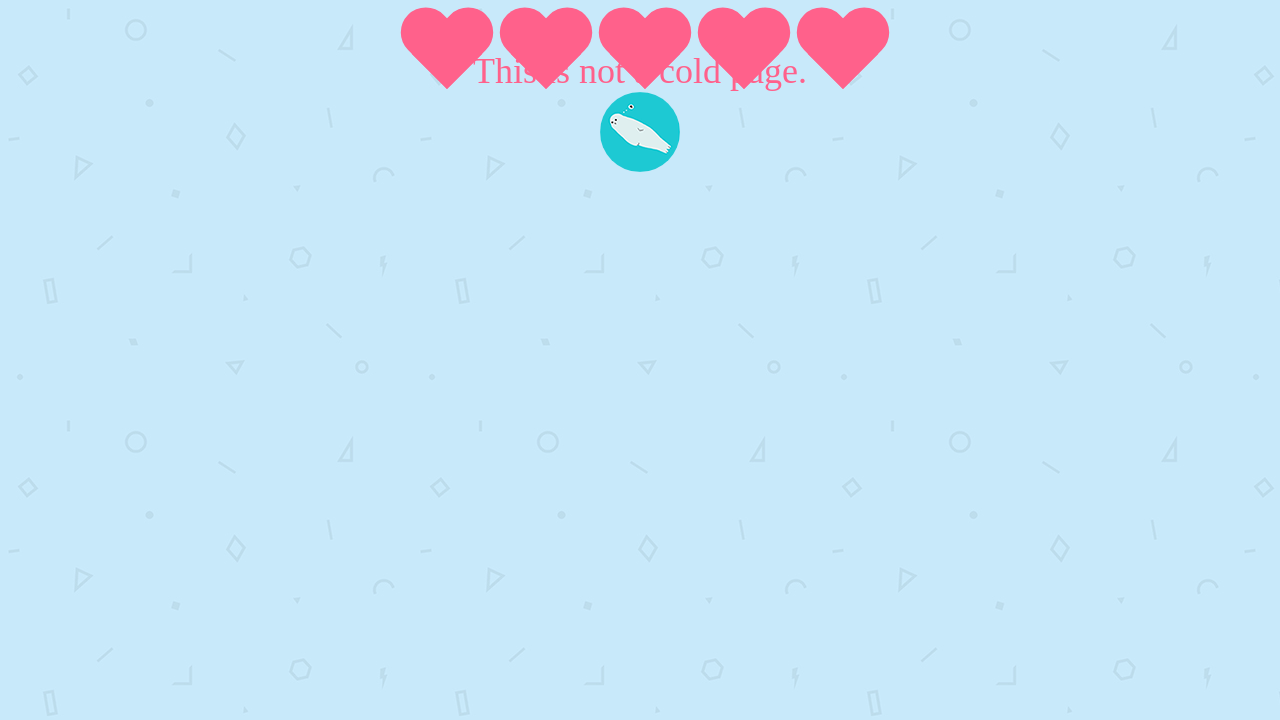
Repository: yiy225/yiy225.github.io
Page: page 3.html
The author's editor kept a record of every edit. The page is drawn from the files as they stood at one moment, then again after the next edit.
The browser window is 1280 px wide. The pictures show the whole page.

Above is the page before.

### page 3.html
<!DOCTYPE html>
<html>
    <head>
        <title>3rd page</title>
        <link href="styles 3.css" rel="stylesheet">
    </head>
    <body>

   <div class= div1 style= display:inline>&nbsp;&nbsp;&nbsp;&nbsp;&nbsp;&nbsp;&nbsp;&nbsp;&nbsp;&nbsp;</div>
   <div class= div1 style= display:inline>&nbsp;&nbsp;&nbsp;&nbsp;&nbsp;&nbsp;&nbsp;&nbsp;&nbsp;&nbsp;</div>
   <div class= div1 style= display:inline>&nbsp;&nbsp;&nbsp;&nbsp;&nbsp;&nbsp;&nbsp;&nbsp;&nbsp;&nbsp;</div>
   <div class= div1 style= display:inline>&nbsp;&nbsp;&nbsp;&nbsp;&nbsp;&nbsp;&nbsp;&nbsp;&nbsp;&nbsp;</div>
   <div class= div1 style= display:inline>&nbsp;&nbsp;&nbsp;&nbsp;&nbsp;&nbsp;&nbsp;&nbsp;&nbsp;&nbsp;</div>

   <div class= div2>
       This is not a cold page.
   </div>



        <a href="page 4" class="seal"></a>
    </body>
</html>

### styles 3.css
body {
    background-image: url(geometry.jpg);
    background-repeat: repeat;
    color: #FF618B;
    font-size: 36px;
    font-family: 'Bookman Old Style', serif;
    text-align: center;
}

.div1 {
    position: relative;
    width: 100px;
    height: 90px;
}

.div1:before,
.div1:after {
    position: absolute;
    content: "";
    left: 50px;
    top: 0;
    width: 50px;
    height: 80px;
    background: #FF618B;
    -moz-border-radius: 50px 50px 0 0;
    border-radius: 50px 50px 0 0;
    -webkit-transform: rotate(-45deg);
    -moz-transform: rotate(-45deg);
    -ms-transform: rotate(-45deg);
    -o-transform: rotate(-45deg);
    transform: rotate(-45deg);
    -webkit-transform-origin: 0 100%;
    -moz-transform-origin: 0 100%;
    -ms-transform-origin: 0 100%;
    -o-transform-origin: 0 100%;
    transform-origin: 0 100%;
}
.div1:after {
    left: 0;
    -webkit-transform: rotate(45deg);
    -moz-transform: rotate(45deg);
    -ms-transform: rotate(45deg);
    -o-transform: rotate(45deg);
    transform: rotate(45deg);
    -webkit-transform-origin: 100% 100%;
    -moz-transform-origin: 100% 100%;
    -ms-transform-origin: 100% 100%;
    -o-transform-origin: 100% 100%;
    transform-origin :100% 100%;
}

div2{
   width: 1000px;
   height: 2000px;
   padding-top: 100px;
   margin-left: auto;
   margin-right: auto;
}


.seal {
   width: 80px;
   height: 80px;
   background-image: url(seal.png);
   background-repeat: no-repeat;
   display: block;
   text-indent: 100%;
   white-space: nowrap;
   overflow: hidden;
   position: relative;
   text-align:center;
   margin-left:auto;
   margin-right:auto;
   border-radius: 100%;
}


.seal:hover {
background-position: -80px 0;
}


.seal:active {
background-position: -160px 0;
}

After the next edit:
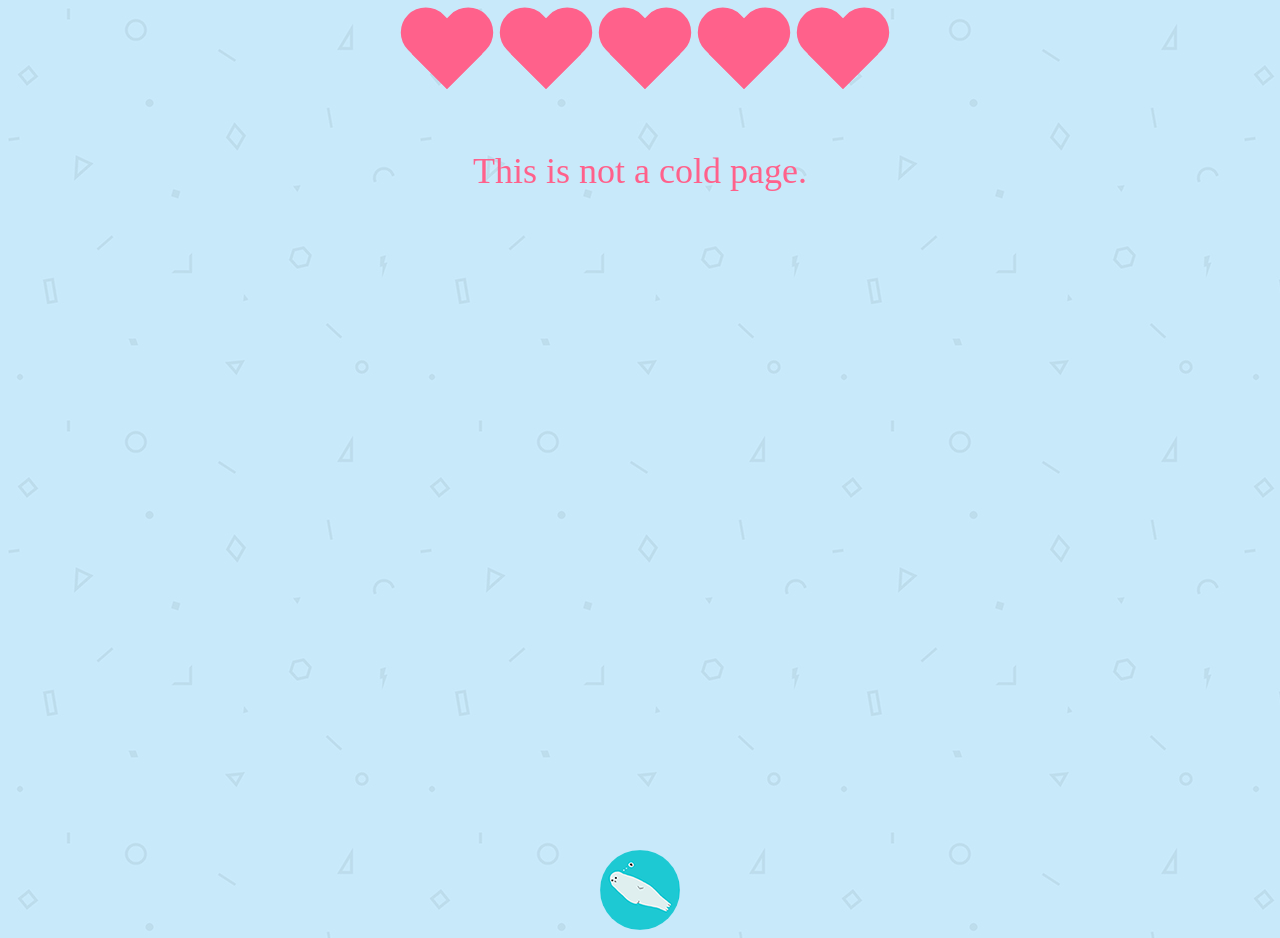
The edit:
--- a/styles 3.css
+++ b/styles 3.css
@@ -49,9 +49,9 @@
     transform-origin :100% 100%;
 }
 
-div2{
-   width: 1000px;
-   height: 2000px;
+.div2{
+   width: 500px;
+   height: 700px;
    padding-top: 100px;
    margin-left: auto;
    margin-right: auto;
